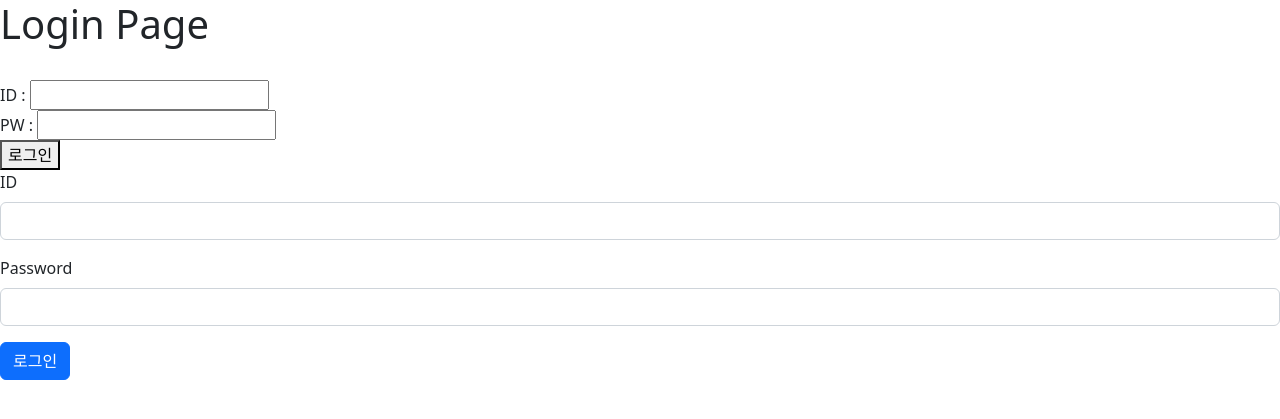
Repository: novemberjj/jsp
Page: http://localhost/jsp_project4/member/login.jsp
The author's editor kept a copy of each file at every save. The page is drawn from the files as they stood at one save, then again after the next save.
The browser window is 1280 px wide. The pictures show the whole page.
The page is served by Tomcat 9. Other server files are loaded and not shown.

Above is the page before, as saved 2023-05-31 01:12:17.

### jsp_project4/jsp_project4/src/main/webapp/member/login.jsp
<%@ page language="java" contentType="text/html; charset=UTF-8"
    pageEncoding="UTF-8"%>
<!DOCTYPE html>
<html>
<head>
<meta charset="UTF-8">
<title>Login Page</title>
<link href="https://cdn.jsdelivr.net/npm/bootstrap@5.2.3/dist/css/bootstrap.min.css" rel="stylesheet" integrity="sha384-rbsA2VBKQhggwzxH7pPCaAqO46MgnOM80zW1RWuH61DGLwZJEdK2Kadq2F9CUG65" crossorigin="anonymous">
</head>
<body>
<script src="https://cdn.jsdelivr.net/npm/bootstrap@5.2.3/dist/js/bootstrap.bundle.min.js" integrity="sha384-kenU1KFdBIe4zVF0s0G1M5b4hcpxyD9F7jL+jjXkk+Q2h455rYXK/7HAuoJl+0I4" crossorigin="anonymous"></script>
<h1>Login Page</h1>
<br>
<form action="/mem/login_auth" method="post">
ID : <input type="text" name="id"> <br>
PW : <input type="text" name="password"> <br>
<button type="submit">로그인</button>
</form>

<form action="/mem/login_auth" method="post">
  <div class="mb-3">
    <label for="exampleInputEmail1" class="form-label">ID</label>
    <input type="text" class="form-control" id="exampleInputEmail1" aria-describedby="emailHelp" name="id">
  </div>
  <div class="mb-3">
    <label for="exampleInputPassword1" class="form-label">Password</label>
    <input type="password" class="form-control" id="exampleInputPassword1" name="password">
  </div>
  <button type="submit" class="btn btn-primary">로그인</button>
</form>

</body>
</html>

After the next save:
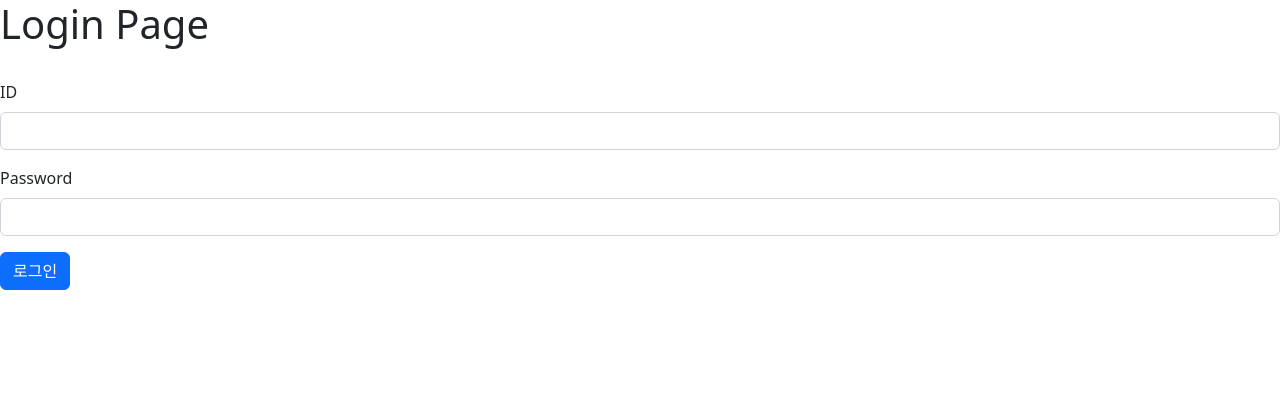
Saved 6 s later.
--- a/jsp_project4/jsp_project4/src/main/webapp/member/login.jsp
+++ b/jsp_project4/jsp_project4/src/main/webapp/member/login.jsp
@@ -11,11 +11,6 @@
 <script src="https://cdn.jsdelivr.net/npm/bootstrap@5.2.3/dist/js/bootstrap.bundle.min.js" integrity="sha384-kenU1KFdBIe4zVF0s0G1M5b4hcpxyD9F7jL+jjXkk+Q2h455rYXK/7HAuoJl+0I4" crossorigin="anonymous"></script>
 <h1>Login Page</h1>
 <br>
-<form action="/mem/login_auth" method="post">
-ID : <input type="text" name="id"> <br>
-PW : <input type="text" name="password"> <br>
-<button type="submit">로그인</button>
-</form>
 
 <form action="/mem/login_auth" method="post">
   <div class="mb-3">
